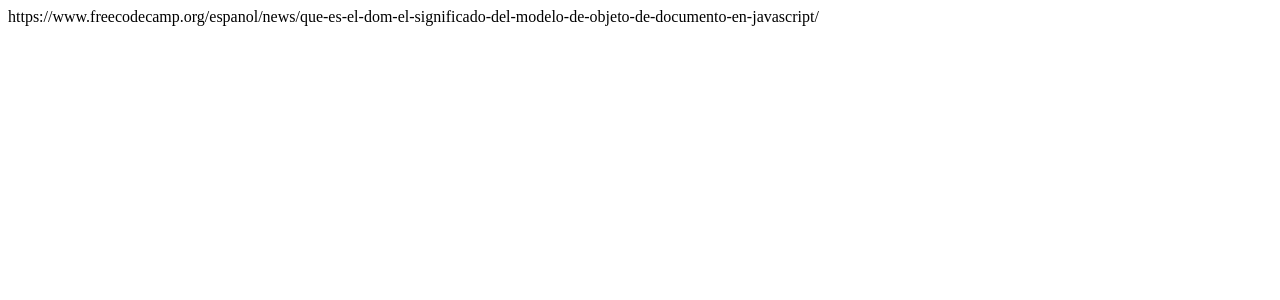
Repository: Connie75/KEYCODE
Page: Ejercicios/index.html
These files come from the project's save history. The page is drawn as it stood at one moment and after the next save; the edit follows.
The browser window is 1280 px wide. The pictures show the whole page.

Above is the page before, as saved 2024-08-18 03:29:27.

After the next save:
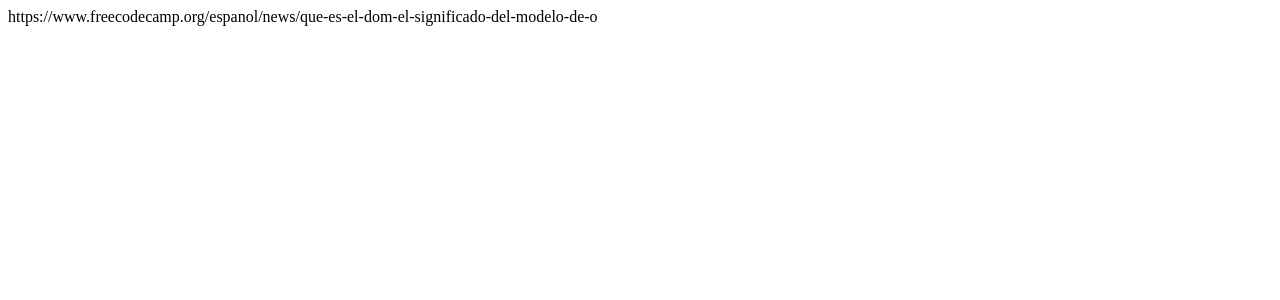
Saved 5 s later.
--- a/Ejercicios/index.html
+++ b/Ejercicios/index.html
@@ -1 +1 @@
-https://www.freecodecamp.org/espanol/news/que-es-el-dom-el-significado-del-modelo-de-objeto-de-documento-en-javascript/
+https://www.freecodecamp.org/espanol/news/que-es-el-dom-el-significado-del-modelo-de-o
